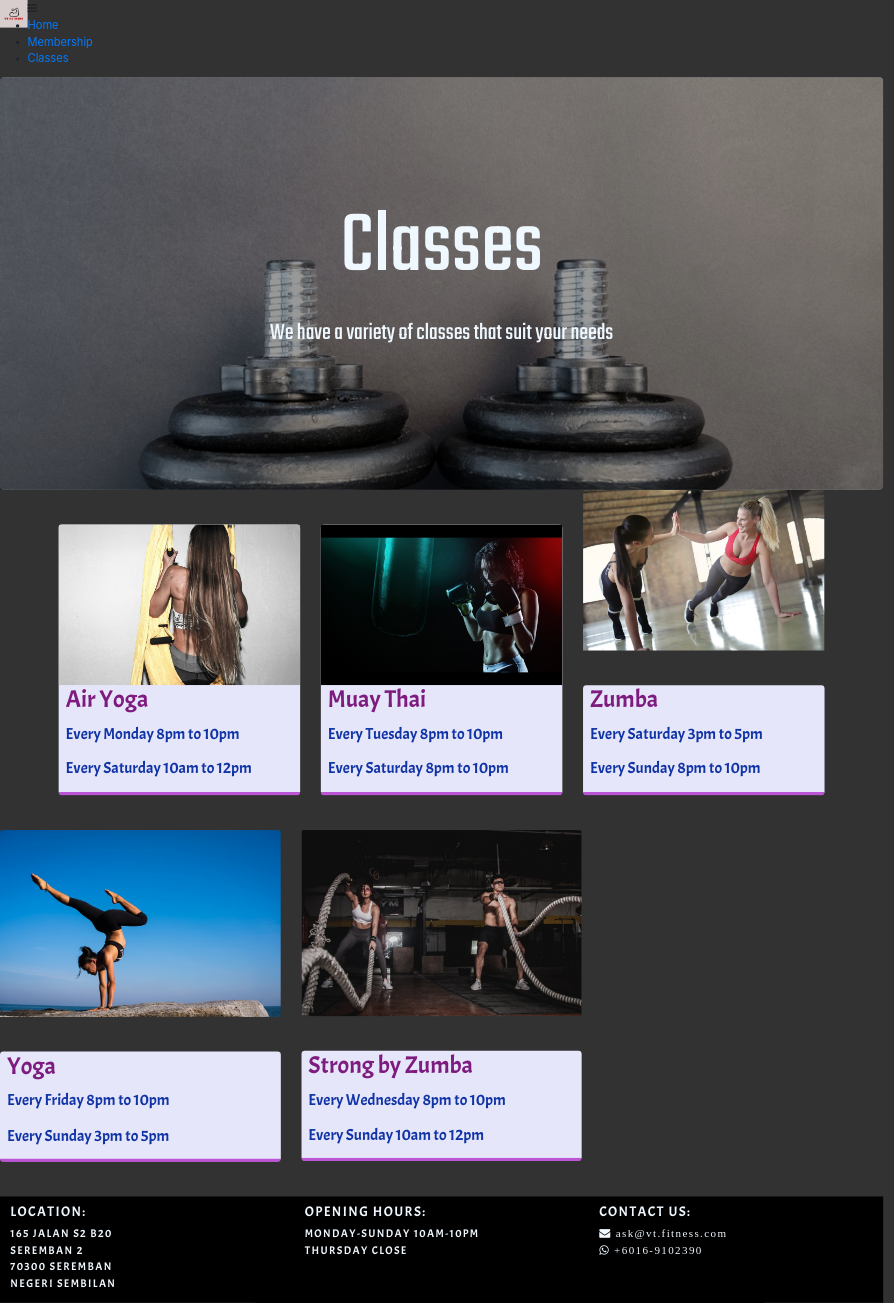
Repository: Code-Institute-Submissions/Project-One-6
Page: classes.html
The author's editor kept a record of every edit. The page is drawn from the files as they stood at one moment, then again after the next edit.
The browser window is 1280 px wide. The page is 1295 px wide, so the pictures cover 1295 px, including what lies to the right of the window. The pictures show the whole page, at 69% of full size.

Above is the page before.

### classes.html
<!DOCTYPE html>
<html lang="en">

<head>
    <meta charset="UTF-8">
    <meta name="viewport" content="width=device-width, initial-scale=1.0">
    <meta http-equiv="X-UA-Compatible" content="ie=edge">
    <link rel="stylesheet" href="https://stackpath.bootstrapcdn.com/bootstrap/4.3.1/css/bootstrap.min.css" type="text/css" />
    <link rel="stylesheet" href="https://stackpath.bootstrapcdn.com/font-awesome/4.7.0/css/font-awesome.min.css" type="text/css" />
    <link rel="stylesheet" href="https://cdnjs.cloudflare.com/ajax/libs/hover.css/2.3.1/css/hover.css" type="text/css" />
    <link rel="stylesheet" href="style.css" type="text/css" />
    <title>VT Fitness</title>
</head>

<body>
    <header>
        <nav class="navDefault">
            <div>
                <img class="logo" src="images/logo.jpg" />
            </div>
            <div class="dropdown">
                <div class="icon-bars"><i class="fa fa-bars icon"></i></div>
                <ul class="dropdownMenu">
                    <li class="dropdownItem"><a href="index.html" class="dropdownLink">Home</a></li>
                    <li class="dropdownItem"><a href="membership.html" class="dropdownLink">Membership</a></li>
                    <li class="dropdownItem"><a href="classes.html" class="dropdownLink">Classes</a></li>
                </ul>
            </div>
        </nav>
    </header>
    <section>
        <div class="jumbotron" id="classes">
            <div class="schedule">
                <p class="membership-title">Classes</p>
                <p class="membership-quote">We have a variety of classes that suit your needs</p>
            </div>
        </div>
    </section>
    <section>
        <div class="container">
            <div class="row">
                <div class="col-sm-12 col-md-4">
                    <div class="card-body-class">
                        <img src="images/air yoga.jpg" class="card-img-top">
                        <div>
                            <h4 class="card-title">Air Yoga</h4>
                            <p class="text">Every Monday 8pm to 10pm</p>
                            <p class="text">Every Saturday 10am to 12pm</p>
                        </div>
                    </div>
                </div>
                <div class="col-sm-12 col-md-4">
                    <div class="card-body-class">
                        <img src="images/muay thai.jpg" class="card-img-top">
                        <div>
                            <h4 class="card-title">Muay Thai</h4>
                            <p class="text">Every Tuesday 8pm to 10pm</p>
                            <p class="text">Every Saturday 8pm to 10pm</p>
                        </div>
                    </div>
                </div>
                <div class="col-sm-12 col-md-4">
                    <img src="images/zumba.jpg" class="card-img-top">
                    <div class="card-body-class">
                        <h4 class="card-title">Zumba</h4>
                        <p class="text">Every Saturday 3pm to 5pm</p>
                        <p class="text">Every Sunday 8pm to 10pm</p>
                    </div>
                    </div>
                </div>
            </div>
            <div class="row">
                <div class="col-sm-12 col-md-4">
                    <img src="images/yoga.jpg" class="card-img-top">
                    <div class="card-body-class">
                        <h4 class="card-title">Yoga</h4>
                        <p class="text">Every Friday 8pm to 10pm</p>
                        <p class="text">Every Sunday 3pm to 5pm</p>
                    </div>
                </div>
                <div class="col-sm-12 col-md-4">
                    <img src="images/strong by zumba.jpg" class="card-img-top">
                    <div class="card-body-class">
                        <h4 class="card-title">Strong by Zumba</h4>
                        <p class="text">Every Wednesday 8pm to 10pm</p>
                        <p class="text">Every Sunday 10am to 12pm</p>
                    </div>
                </div>
            </div>
    </section>
    <footer class="container-fluid">
        <div class="row">
            <div id="footer-detail" class="col-sm-4 cap">
                <h5 class="inline-block">Location:</h5>
                <p>165 Jalan S2 B20
                    <br>Seremban 2
                    <br>70300 Seremban
                    <br>Negeri Sembilan</p>
            </div>
            <div id="footer-detail" class="col-sm-4 cap">
                <h5 class="inline-block">Opening Hours:</h5>
                <p>Monday-Sunday 10am-10pm
                    <br>Thursday close
                </p>
            </div>
            <div id="footer-detail" class="col-sm-4">
                <h5 class="cap">Contact Us:</h5>
                <ul class="list-inline social">
                    <li>
                        <i class="fa fa-envelope" aria-hidden="true">
                    <span>ask@vt.fitness.com</span>
                    </i>
                    </li>
                    <li>
                        <i class="fa fa-whatsapp" aria-hidden="true">
                    <span>+6016-9102390</span>
                    </i>
                    </li>
                </ul>
            </div>
        </div>

    </footer>
</body>

</html>

### style.css
@import url('https://fonts.googleapis.com/css?family=Acme|Bangers|Lilita+One|Pacifico|Teko&display=swap');

/*-------------------------------------Header------------------------------------*/

header {
    margin: 0;
}

body {
    background-color: #323232;
}

/*-------------------------------------Nav Bar------------------------------------*/

.logo {
    width: 40px;
    height: 40px;
    float: left;
}

.dropdown-item {
    text-align: center;
    font-family: "Acme", sans-serif;
    color: #0080fe;
    width: 150px;
    background-color: rgba(0, 0, 0, 0.2);
    float: right;
}

.dropdown-item:hover {
    text-decoration: none;
    text-align: center;
    color: #f0f8ff;
    width: 150px;
    background-color: rgba(0, 0, 0, 0.7);
}

/*-----------------------------------Home page-----------------------------------*/

#workout {
    background-attachment: scroll;
    background-image: url('images/Workout.jpg');
    background-position: center;
    background-size: cover;
    background-repeat: no-repeat;
    height: 100vh;
    width: 100vw;
    margin-bottom: 0px;
    z-index: -1;
    padding: 0;
}

.vertical-center {
    margin: 0;
    position: absolute;
    top: 50%;
    left: 50%;
    transform: translate(-50%, -50%);
}

.banner-slogan {
    font-family: "teko", sans-serif;
    color: #f0f8ff;
    margin: 0;
    text-align: center;
}

.banner-title {
    font-family: "teko", sans-serif;
    color: #f0f8ff;
    margin: 0;
    text-align: center;
}

.banner-quote {
    font-family: "teko", sans-serif;
    color: #f0f8ff;
    margin-bottom: 10px;
    text-align: center;
}

@media only screen and (max-width: 576px) {
    .banner-slogan {
        font-size: 45px;
        width: 350px;
    }
    .banner-title {
        font-size: 25px;
        width: 350px;
    }
    .banner-quote {
        font-size: 20px;
        width: 350px;
    }
}

@media only screen and (min-width: 577px) and (max-width: 768px) {
    .banner-slogan {
        font-size: 70px;
        width: 500px;
    }
    .banner-title {
        font-size: 30px;
        width: 500px;
    }
    .banner-quote {
        font-size: 25px;
        width: 500px;
    }
}

@media only screen and (min-width: 769px) and (max-width: 992px) {
    .banner-slogan {
        font-size: 95px;
        width: 700px;
    }
    .banner-title {
        font-size: 40px;
        width: 700px;
    }
    .banner-quote {
        font-size: 32px;
        width: 700px;
    }
}

@media only screen and (min-width: 993px) {
    .banner-slogan {
        font-size: 115px;
        width: 850px;
    }
    .banner-title {
        font-size: 50px;
        width: 850px;
    }
    .banner-quote {
        font-size: 38px;
        width: 850px;
    }
}

.btn {
    margin: 0 auto;
    display: block;
}

.btn>a {
    font-family: "Bangers", sans-serif;
    color: #f0f8ff;
    text-transform: uppercase;
}

.btn>a:hover {
    text-decoration: none;
    color: #000000;
}

/*------------------------------------Core Value----------------------------------*/

.cv-title {
    text-align: center;
    font-family: "Bangers", sans-serif;
    color: #990000;
    font-size: 50px;
    margin-bottom: 70px;
    margin-top: 0;
}

.core-value {
    margin: 0;
    padding-top: 50px;
    padding-left: 80px;
    padding-right: 80px;
}

/*------------------------------------Sign Up------------------------------------*/

#signup {
    background-image: url('images/counter.jpg');
    background-size: cover;
    background-attachment: scroll;
    background-repeat: no-repeat;
    background-position: center;
    z-index: -1;
    margin: 0;
    padding: 0;
}

.signup-form {
    padding-top: 150px;
    padding-bottom: 150px;
    background-color: rgba(0, 0, 0, 0.5);
}

.title {
    font-family: "teko", sans-serif;
    color: #f6fffb;
    margin: 0 auto;
    text-align: center;
}

.quote {
    font-family: "Acme", sans-serif;
    color: #f0f8ff;
    text-align: center;
    margin: 0 auto;
}

@media only screen and (max-width: 576px) {
    .title {
        font-size: 50px;
        width: 300px;
    }
    .quote {
        font-size: 15px;
        width: 300px;
    }
}

@media only screen and (min-width: 577px) and (max-width: 768px) {
    .title {
        font-size: 70px;
        width: 500px;
    }
    .quote {
        font-size: 20px;
        width: 500px;
    }
}

@media only screen and (min-width: 769px) and (max-width: 992px) {
    .title {
        font-size: 90px;
        width: 700px;
    }
    .quote {
        font-size: 30px;
        width: 700px;
    }
}

@media only screen and (min-width: 993px) {
    .title {
        font-size: 105px;
        width: 850px;
    }
    .quote {
        font-size: 35px;
        width: 850px;
    }
}

/*-------------------------------------Video------------------------------------*/

.video {
    text-align: center;
    background-image: url('images/gym.jpg');
}

.video-title {
    font-family: "Lilita One", sans-serif;
    color: #5c5c5c;
    margin-bottom: 0px;
}

@media only screen and (min-width: 768px) and (max-width: 992px) {
    .video-title {
        font-size: 45px;
    }
}

@media only screen and (min-width: 993px) {
    .video-title {
        font-size: 70px;
    }
}

/*-------------------------------------Footer------------------------------------*/

footer {
    background-color: #000000;
    color: #f0f8ff;
    bottom: 0;
}

#footer-detail {
    font-size: 16px;
    font-weight: 100;
    font-family: "Acme", sans-serif;
    letter-spacing: 2px;
    color: #f0f8ff;
    margin-top: 10px;
}

.cap {
    text-transform: uppercase;
}

.details {
    font-size: 16px;
    font-weight: 100;
    font-family: "Acme", sans-serif;
}

/*----------------------------------Membership----------------------------------*/

#membership {
    background-attachment: scroll;
    background-image: url('images/membership.jpg');
    background-position: center;
    background-size: cover;
    background-repeat: no-repeat;
    height: 100vh;
    width: 100vw;
    margin-bottom: 0px;
    z-index: -1;
}

.membership-title {
    font-family: "teko", sans-serif;
    color: #f0f8ff;
    text-align: center;
    margin: 0;
}

.membership-quote {
    font-family: "teko", sans-serif;
    color: #f0f8ff;
    text-align: center;
    margin: 0;
}

.package {
    margin-top: 40px;
    margin-bottom: 80px;
    text-align: center;
}

.slogan {
    font-family: "teko", sans-serif;
    color: #f6fffb;
    padding: 0;
    margin: 0;
}

.card-header {
    background-color: #ffffff;
    border-top: 5px solid #ba55d3;
    font-family: "acme", sans-serif;
    font-size: 25px;
    color: #7d1b7e;
}

.card-body {
    background-color: #e6e6fa;
}

.card-text {
    font-family: "acme", sans-serif;
    color: #1034a6;
    text-align: center;
}

.card-footer {
    background-color: #ffffff;
    font-family: "acme", sans-serif;
    font-size: 25px;
    color: #7d1b7e;
    padding: 5;
}

.slogan-text {
    font-family: "teko", sans-serif;
    font-size: 30px;
    color: #f6fffb;

}

@media only screen and (max-width: 576px) {
    .membership-title {
        font-size: 55px;
    }
    .membership-quote {
        font-size: 25px;
    }
    .slogan {
        font-size: 50px;
    }
    .slogan-text {
        font-size: 20px;
    }
    .card-footer {
        margin-bottom: 20px;
    }
}

@media only screen and (min-width: 577px) and (max-width: 768px) {
    .membership-title {
        font-size: 80px;
    }
    .membership-quote {
        font-size: 25px;
    }
    .slogan {
        font-size: 65px;
    }
    .slogan-text {
        font-size: 25px;
    }
    .card-footer {
        margin-bottom: 20px;
    }
}

@media only screen and (min-width: 769px) and (max-width: 992px) {
    .membership-title {
        font-size: 110px;
    }
    .membership-quote {
        font-size: 30px;
    }
    .slogan {
        font-size: 85px;
    }
    .slogan-text {
        font-size: 30px;
    }
}

@media only screen and (min-width: 993px) {
    .membership-title {
        font-size: 130px;
    }
    .membership-quote {
        font-size: 35px;
    }
    .slogan {
        font-size: 100px;
    }
    .slogan-text {
        font-size: 30px;
    }
}



/*----------------------------------Classes----------------------------------*/

#classes {
    background-attachment: scroll;
    background-image: url('images/class.jpg');
    background-position: center;
    background-size: cover;
    background-repeat: no-repeat;
    z-index: -1;
    padding: 0;
    margin: 0;
}

.schedule {
    padding-top: 150px;
    padding-bottom: 200px;
    background-color: rgba(0,0,0,0.4);
}

.card-body-class {
    background-color: #e6e6fa;
    margin-top: 50px;
    margin-bottom: 50px;
    border-radius: 5px;
    border-bottom: 5px solid #ba55d3;
}

.card-title {
    font-family: "acme", sans-serif;
    font-size: 35px;
    color: #7d1b7e;
    padding-left: 10px;
}

.text {
    font-family: "acme", sans-serif;
    font-size: 23px;
    color: #1034a6;
    padding-left: 10px;
}

@media only screen and (max-width: 576px) {
    .card-body-class {
        margin-top: 20px;
        margin-bottom: 20px;
    }
    .text {
    font-size: 18px;
    }
}

@media only screen and (min-width: 577px) and (max-width: 768px) {
    .card-body-class {
        margin-top: 20px;
        margin-bottom: 20px;
    }
    .text {
    font-size: 18px;
    }
}

After the next edit:
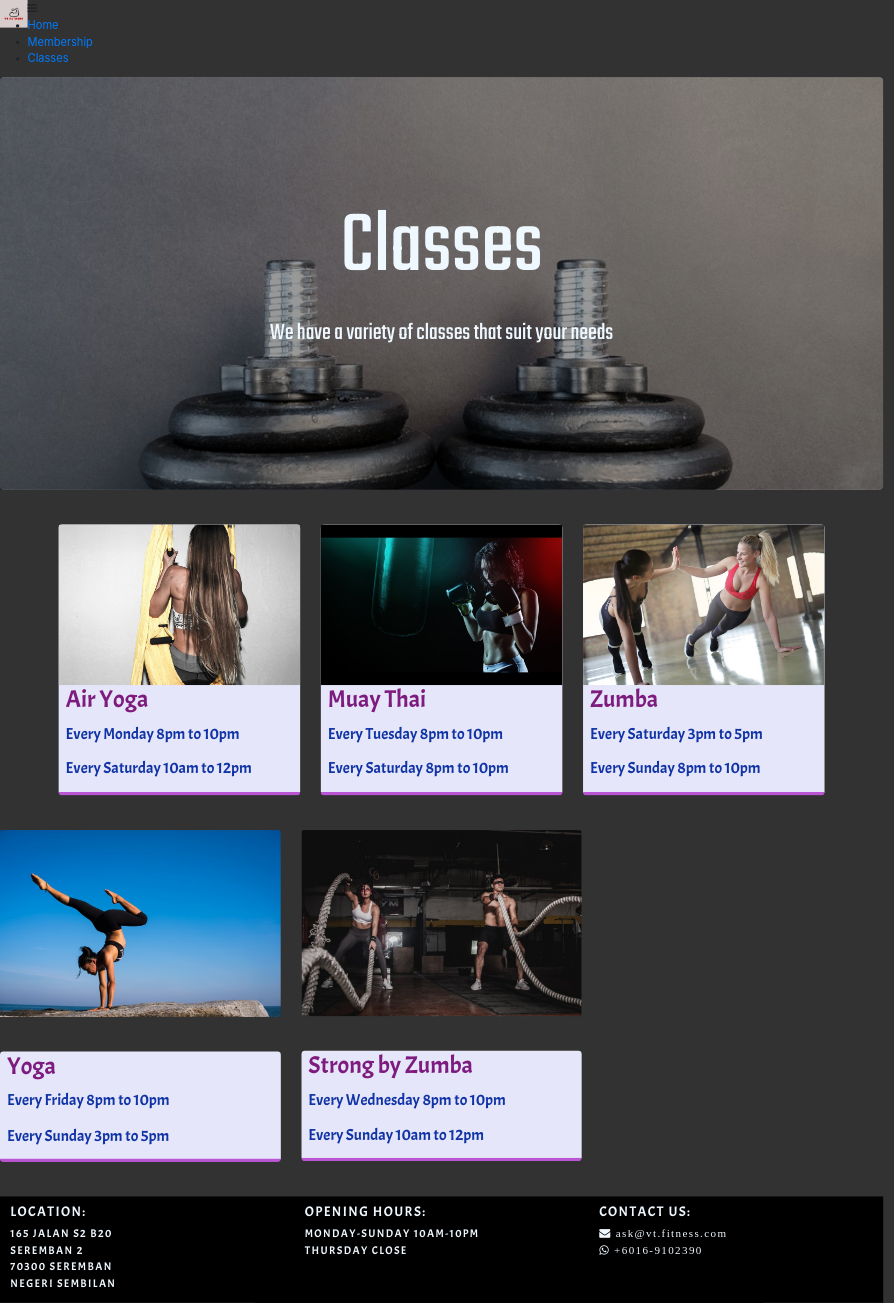
The edit:
--- a/classes.html
+++ b/classes.html
@@ -60,8 +60,9 @@
                     </div>
                 </div>
                 <div class="col-sm-12 col-md-4">
+                    <div class="card-body-class">
                     <img src="images/zumba.jpg" class="card-img-top">
-                    <div class="card-body-class">
+
                         <h4 class="card-title">Zumba</h4>
                         <p class="text">Every Saturday 3pm to 5pm</p>
                         <p class="text">Every Sunday 8pm to 10pm</p>
